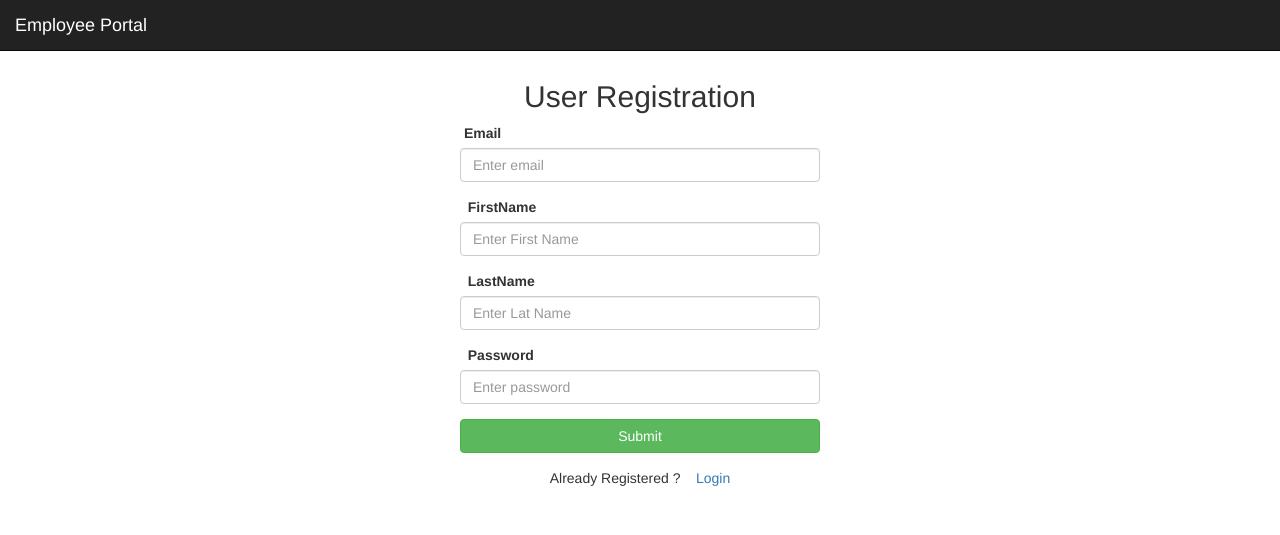
Repository: jagdishpatil18/JavaAdv
Page: http://localhost/EmployeePortal/Preuserreg
An editor plug-in stored every save of this project. The page is shown before and after the next save, followed by the edit.
The browser window is 1280 px wide. The pictures show the whole page.
Some web libraries are served in a nearby version. The page is served by Tomcat 9.

Above is the page before, as saved 2017-05-26 13:07:25.

After the next save:
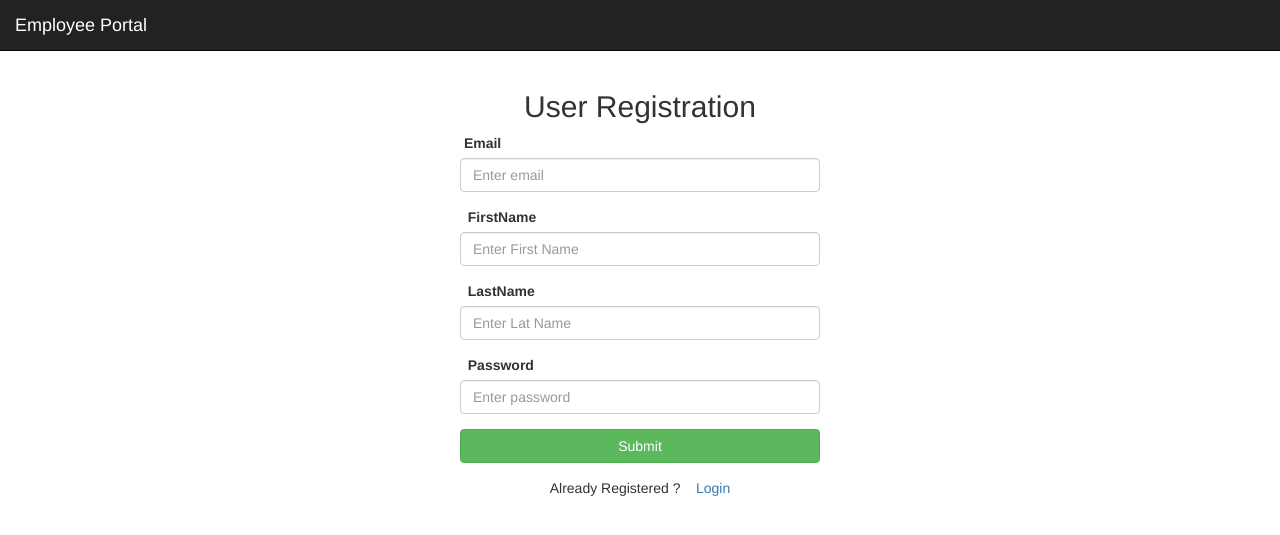
Saved 3 min 19 s later.
--- a/EmployeePortal/EmployeePortal/WebContent/newUserreg.jsp
+++ b/EmployeePortal/EmployeePortal/WebContent/newUserreg.jsp
@@ -66,7 +66,7 @@ function validateuser()
 <style>
 
 .container{
-margin-top: 60px;
+margin-top: 70px;
 
 }
 
